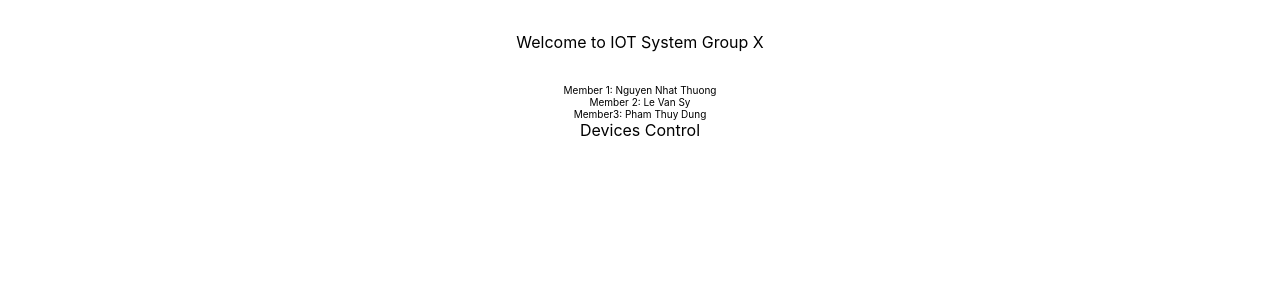
Repository: ngnhthuong/IOT_LAB
Page: /
An editor plug-in stored every save of this project. The page is shown before and after a run of saves, followed by the edit.
The browser window is 1280 px wide. The pictures show the whole page.
The project was rebuilt for these pictures with package versions that can differ from the ones it lists, and the page was loaded fresh each time.

Above is the page before, as saved 2024-04-23 14:40:30.

### src/App.js
import "./App.css";

function App() {
  return (
    <div className="main">
      <div>

      </div>
      <div className="welcome-name">Welcome to IOT System Group X</div>
      <div className="member-name">
        <div className="member">Member 1: Nguyen Nhat Thuong</div>
        <div className="member">Member 2: Le Van Sy</div>
        <div className="member">Member3: Pham Thuy Dung</div>
      </div>
      <div>Devices Control</div>
      <div>
        <div>
          <div></div>
          <div></div>
        </div>
        <div>
          <div></div>
          <div></div>
        </div>
      </div>
    </div>
  );
}

export default App;

### src/App.css
* {
  margin: 0;
  padding: 0;
  box-sizing: border-box;
}

.main{
  width: 100vw;
  height: 100vh;
  display: flex;
  align-items: center;
  flex-direction: column;
}

.welcome-name{
  display: flex;
  justify-content: center;
  padding: 2rem;
  /* width: 500px; */
}

.member-name{
  display: flex;
  flex-direction: column;
  /* width: 250px; */
  font-size: 10px;
  align-items: center;
}

.member{
  display: flex;
  left: 0;
}

Loaded but not shown: public/index.html (common file); src/index.js (common file); src/index.css (common file)

After the next 2 saves:
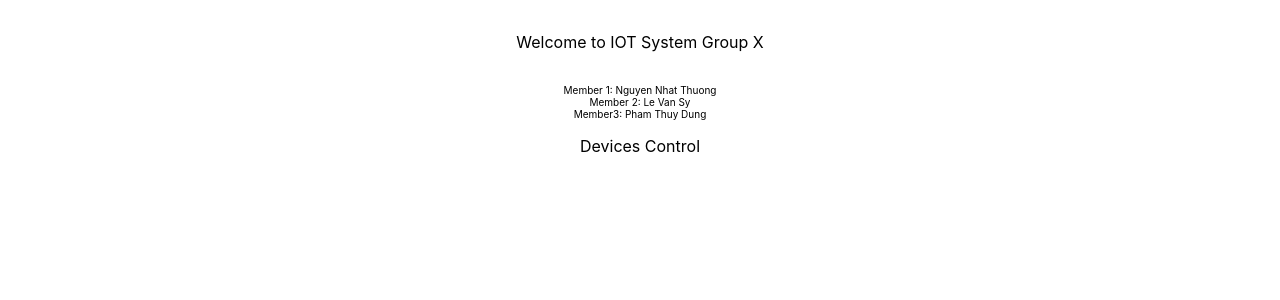
The 2 saves are shown as one change because they came seconds apart.
The last was saved 12 s later.
--- a/src/App.css
+++ b/src/App.css
@@ -25,6 +25,7 @@
   /* width: 250px; */
   font-size: 10px;
   align-items: center;
+  padding-bottom: 1rem;
 }
 
 .member{
